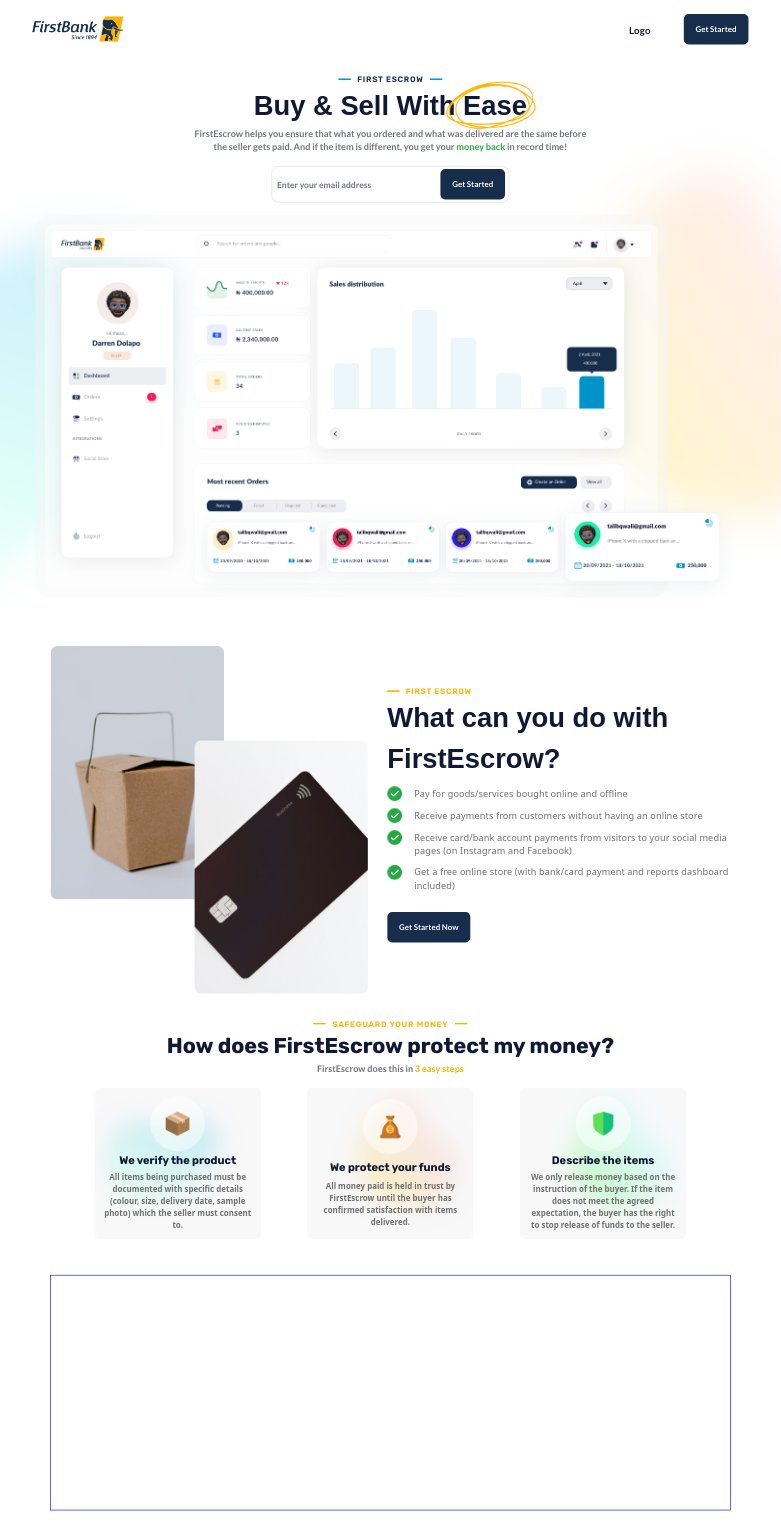
Repository: Pepperest-dev/First_Escrow_Home
Page: index.html
An editor plug-in stored every save of this project. The page is shown before and after the next save, followed by the edit.
The browser window is 1280 px wide. The pictures show the whole page, at 61% of full size.

Above is the page before, as saved 2021-09-26 15:47:28.

### index.html
<!DOCTYPE html>
<html lang="en">
  <head>
    <meta charset="UTF-8" />
    <meta http-equiv="X-UA-Compatible" content="IE=edge" />
    <meta name="viewport" content="width=device-width, initial-scale=1.0" />
    <link rel="stylesheet" href="styles/styles.css" />
    <link rel="stylesheet" href="styles/mobileScreenStyles.css" />
    <link
      href="https://unpkg.com/tailwindcss@^2/dist/tailwind.min.css"
      rel="stylesheet"
    />
    <link
      rel="stylesheet"
      href="https://cdnjs.cloudflare.com/ajax/libs/font-awesome/4.7.0/css/font-awesome.min.css"
    />
    <link rel="preconnect" href="https://fonts.googleapis.com" />
    <link rel="preconnect" href="https://fonts.gstatic.com" crossorigin />
    <link
      href="https://fonts.googleapis.com/css2?family=Lato:wght@100;300;400;700;800&family=Rubik:wght@400;500;600;700&display=swap"
      rel="stylesheet"
    />
    <title>First Escrow</title>
  </head>
  <body>
    <!-- Create a container wrapper to  -->
    <!-- create a container to keep everything contained in a certain width  ##done -->
    <!-- create the Navbar ##Done -->
    <!-- Do the font setup from google fonts  ##Done-->
    <!-- make the navbar responsive  Not done-->
    <!-- create the hero section ##almost -->
    <!-- work on the what can we do or you ssection -->
    <!-- Work on how does first escrow  works-->
    <!-- work on refund is guranteed  section  -->
    <!-- how it works in simple steps section -->
    <!-- work on the footer section -->
    <header class="banner mb-10 overflow-x-hidden overscroll-none">
      <nav
        class="
          h-24
          flex
          justify-between
          items-center
          md:w-11/12 md:p-0
          px-7
          mx-auto
          mb-6
        "
      >
        <a href="/">
          <img
            src="/assets/imgs/firstBank_logo.png"
            alt="First Bank Logo"
            class="BrandLogo cursor-pointer"
          />
        </a>

        <ul class="md:flex hidden w-2/12 h-full justify-between items-center">
          <li class="loginLink"><a href="#">Logo</a></li>
          <li>
            <button class="getStartedBtn hover:drop-shadow-xl">
              Get Started
            </button>
          </li>
        </ul>

        <div id="hambugger" class="hambugger cursor-pointer md:hidden">
          <i id="menuToggler" class="fa fa-2x fa-bars"></i>
        </div>
      </nav>

      <main class="md:w-11/12 mb-3 md:p-0 px-7 mx-auto">
        <article>
          <p
            class="
              text-center
              mx-auto
              flex
              justify-around
              items-center
              firstEscrow
            "
          >
            First Escrow
          </p>
          <h1 class="mainTitle text-center mx-auto">
            Buy & Sell With <span class="">Ease</span>
            <img
              src="/assets/icons/bigEaseElipses.png"
              alt="elipses"
              class="elipses"
            />
          </h1>
          <p class="contentDescription mx-auto">
            FirstEscrow helps you ensure that what you ordered and what was
            delivered are the same before the seller gets paid. And if the item
            is different, you get your
            <span class="greenMoneyText">money back</span> in record time!
          </p>
          <form
            class="
              my-5
              mx-auto
              flex
              justify-between
              items-center
              cursor-pointer
              bannerInputField
            "
          >
            <input
              type="text"
              class="h-full"
              placeholder="Enter your email address"
            />
            <button
              type="submit"
              class="getStartedBtn z-10 hover:drop-shadow-xl"
            >
              Get Started
            </button>
          </form>
        </article>
        <img
          src="/assets/imgs/dashboardMockup.png"
          class="dashboardImg cursor-pointer mx-auto"
          alt="dashboard mockup"
        />
      </main>
    </header>
    <div class="wrapper">
      <section
        class="
          mt-10
          w-11/12
          mx-auto
          overflow-x-hidden
          gap-x-8
          items-center
          flex
          justify-between
          flex-wrap-reverse
          md:flex-nowrap
        "
      >
        <div class="">
          <img
            class="object-contain"
            src="/assets/imgs/bagAndCard.png"
            alt="bag and card"
          />
        </div>
        <div class="">
          <p
            class="text-left flex justify-start items-center yellowFirstEscrow"
          >
            First Escrow
          </p>

          <h1 class="mainTitle">What can you do with FirstEscrow?</h1>

          <ul id="FirstEscrowCanDo"></ul>
          <button class="getStartedBtn hover:drop-shadow-xl my-5">
            Get Started Now
          </button>
        </div>
      </section>
    </div>
    <div class="wrapper">
      <section class="mt-10 mb-5 w-11/12 mx-auto overflow-x-hidden">
        <p
          class="
            text-center
            mx-auto
            flex
            justify-around
            items-center
            secondYellowFirstEscrow
          "
        >
          Safeguard Your Money
        </p>

        <h3 class="text-center protectTitle">
          How does FirstEscrow protect my money?
        </h3>
        <p class="contentDescription mx-auto">
          FirstEscrow does this in
          <span class="yellowText">3 easy steps</span>
        </p>

        <div
          id="threeBoxes"
          class="flex justify-evenly flex-wrap items-center my-5"
        ></div>
      </section>
    </div>

    <div class="wrapper">
      <section
        class="mt-10 h-96 refundSection outline mb-5 w-11/12 mx-auto overflow-x-hidden"
      ></section>
    </div>
    <script src="js/app.js"></script>
  </body>
</html>

### Styles/styles.css
* {
  margin: 0;
  padding: 0;
  border: 0;
  font-size: 16px;
  text-decoration: none;
  font: inherit;
  box-sizing: border-box;
}

/* Colors varable declaration */
:root {
  --whiteBgColor: #ffffff;
  --BtnBgColor: #162d4c;
  --lightBlueColor: #0093c9;
  --yellowPrimaryColor: #ffb300;
  --boxesTextColor: #707070;
  --darkBlueTextColor: #101933;
  --bannerTextColor: #707585;
  --lightGreenColor: #28a745;
  --inputFieldBorderColor: #d8dade;
  --footerBackgroundColor: #f6f6f7;
  --footerTextColor: #040c22;
  --latoFontFamily: "Lato", sans-serif;
  --rubikFontFamily: "Rubik", sans-serif;
  --arialFontFamily: "Arial", sans-serif;
}
.wrapper {
  margin-right: auto;
  margin-left: auto;
  max-width: 1440px;
  padding-right: 2rem;
  padding-left: 2rem;
  width: 100%;
  background-color: var(--whiteBgColor);
}

.banner {
  background-image: url(../assets/imgs/overlayBackground.png);
  background-position: center;
  background-repeat: no-repeat;
  background-size: cover;
  object-fit: cover;
}
.dashboardImg {
  width: 100%;
  height: auto;
  overflow-x: hidden;
}

.contentContainer {
}

.BrandLogo {
  width: 150px;
  object-fit: contain;
  height: 45px;
}

.outline {
  outline: 1px solid blue;
}

.loginLink {
  font: normal normal 600 16px/19px Lato;
  letter-spacing: 0.32px;
  font-family: var(--latoFontFamily);
  font-style: normal;
  font-weight: 600;
  color: var(--darkBlueTextColor);
}

.loginLink:hover {
  opacity: 0.8;
  transition: all ease-in-out 350ms;
}

.getStartedBtn {
  border-radius: 8px;
  background-color: var(--BtnBgColor);
  min-width: 100px;
  padding: 0 1.2rem;
  height: 50px;
  color: var(--whiteBgColor);
  font-family: var(--latoFontFamily);
  text-align: center;
  font-size: 13px;
  font-weight: 800;
}

.getStartedBtn:hover {
  opacity: 0.8;
  transition: all ease-in-out 350ms;
}

.yellowFirstEscrow {
  letter-spacing: 1.2px;
  color: var(--yellowPrimaryColor);
  text-transform: uppercase;
  font-family: var(--rubikFontFamily);
  font-size: 13px;
  font-weight: 600;
  width: 150px;
}

.yellowFirstEscrow::before {
  content: "";
  display: flex;
  width: 20px;
  border: 1px solid var(--yellowPrimaryColor);
  background-color: var(--yellowPrimaryColor);
  margin-right: 10px;
}

.secondYellowFirstEscrow {
  letter-spacing: 1.2px;
  color: var(--yellowPrimaryColor);
  text-transform: uppercase;
  font-family: var(--rubikFontFamily);
  font-size: 13px;
  font-weight: 600;
  width: 263px;
}

.secondYellowFirstEscrow::before {
  content: "";
  display: flex;
  width: 20px;
  border: 1px solid var(--yellowPrimaryColor);
  background-color: var(--yellowPrimaryColor);
}
.secondYellowFirstEscrow::after {
  content: "";
  display: flex;
  width: 20px;
  border: 1px solid var(--yellowPrimaryColor);
  background-color: var(--yellowPrimaryColor);
}

.firstEscrow {
  letter-spacing: 1.2px;
  color: var(--BtnBgColor);
  text-transform: uppercase;
  font-family: var(--rubikFontFamily);
  font-size: 13px;
  font-weight: 600;
  width: 180px;
}

.firstEscrow::before {
  content: "";
  display: flex;
  width: 20px;
  border: 1px solid var(--lightBlueColor);
  background-color: var(--lightBlueColor);
}
.firstEscrow::after {
  content: "";
  display: flex;
  width: 20px;
  background-color: var(--lightBlueColor);
  border: 1px solid var(--lightBlueColor);
}
.mainTitle {
  color: var(--darkBlueTextColor);
  font-family: var(--arialFontFamily);
  font-weight: 700;
  font-size: 2.8rem;
  max-width: 600px;
  position: relative;
}

.elipses {
  position: absolute;
  width: 150px;
  top: -11px;
  right: 10%;
}

.contentDescription {
  color: var(--bannerTextColor);
  font-family: var(--latoFontFamily);
  font-weight: 600;
  font-size: 15px;
  text-align: center;
  max-width: 650px;
}

.greenMoneyText {
  color: var(--lightGreenColor);
}

.bannerInputField {
  width: 390px;
  height: 60px;
  border: 1px solid var(--inputFieldBorderColor);
  border-radius: 12px;
  background: var(--whiteBgColor);
  padding: 8px 6px 8px 8px;
}

.bannerInputField input[type="text"] {
  border: none;
  font-family: var(--latoFontFamily);
  font-size: 16px;
  color: var(--bannerTextColor);
  flex: 0.9;
  font-weight: 600;
  outline: none;
}

.bannerInputField input[type="text"]::placeholder {
  font-family: var(--latoFontFamily);
  font-size: 14px;
  font-weight: 600;
  color: var(--bannerTextColor);
}

#FirstEscrowCanDo li {
  color: var(--boxesTextColor);
  letter-spacing: 0.18px;
  text-align: left;
  font-weight: normal;
  font-size: 15px;
}

.protectTitle {
  color: var(--darkBlueTextColor);
  letter-spacing: 0;
  font-family: var(--rubikFontFamily);
  font-weight: bold;
  font-size: 2.2rem;
}
.yellowText {
  color: var(--yellowPrimaryColor);
}
.box {
  width: 280px;
  height: 248px;
  border-radius: 12px;
  background-repeat: no-repeat;
  background-position: center;
  background-size: contain;
  display: flex;
  flex-direction: column;
  align-items: center;
  justify-content: space-evenly;
  padding: 10px;
}

.boxImage {
  width: 90px;
  background-color: transparent;
}

.boxTitle {
  color: var(--darkBlueTextColor);
  letter-spacing: 0;
  font-family: var(--rubikFontFamily);
  text-align: center;
  font-size: 18px;
  font-weight: 700;
}

.boxTextContent {
  text-align: center;
  color: var(--boxesTextColor);
  font-size: 13px;
  font-weight: 600;
  width: 95%;
}

.refundSection{
    background-color: var(--);
}

### Styles/mobileScreenStyles.css
@media screen and (max-width: 600px) {
  .banner {
    background-size: contain;
  }
  .dashboardImg {
    width: 500px;
    height: auto;
  }

  .BrandLogo {
    width: 100px;
  }

  .toggle {
    transition: opacity ease-in-out;
  }

  .elipses {
    position: absolute;
    width: 150px;
    top: 40%;
    right: 9%;
  }
}

### Js/app.js
const escrow = {
  firstEscrowList: [
    {
      icon: "/assets/icons/greenChecked.png",
      text: "Pay for goods/services bought online and offline",
    },
    {
      icon: "/assets/icons/greenChecked.png",
      text: "Receive payments from customers without having an online store",
    },
    {
      icon: "/assets/icons/greenChecked.png",
      text: "Receive card/bank account payments from visitors to your social media pages (on Instagram and Facebook)",
    },
    {
      icon: "/assets/icons/greenChecked.png",
      text: "Get a free online store (with bank/card payment and reports dashboard included)",
    },
  ],
  threeBoxContent: [
    {
      imgUrl: "/assets/imgs/parcelBox.png",
      bgImgUrl: "/assets/imgs/darkGreenCardBg.png",
      boxTitle: "We verify the product",
      boxTextContent:
        "All items being purchased must be documented with specific details (colour, size, delivery date, sample photo) which the seller must consent to.",
    },
    {
      imgUrl: "/assets/imgs/moneyBag.png",
      bgImgUrl: "/assets/imgs/yellowCardBg.png",
      boxTitle: "We protect your funds",
      boxTextContent:
        "All money paid is held in trust by FirstEscrow until the buyer has confirmed satisfaction with items delivered.",
    },
    {
      imgUrl: "/assets/imgs/greenShield.png",
      bgImgUrl: "/assets/imgs/lightGreenCardBg.png",
      boxTitle: "Describe the items",
      boxTextContent:
        "We only release money based on the instruction of the buyer. If the item does not meet the agreed expectation, the buyer has the right to stop release of funds to the seller.",
    },
  ],
};
Object.freeze(escrow);
document.addEventListener(
  "DomContentLoaded",
  (function () {
    console.log(escrow, "escrow, content");
    const { firstEscrowList, threeBoxContent } = escrow;
    const hambugger = document.querySelector("#hambugger");
    const menu = document.querySelector("#menuToggler");
    const escrowCanDo = document.querySelector("#FirstEscrowCanDo");
    const threeBoxes = document.querySelector("#threeBoxes");

    let returnedList = firstEscrowList
      .map(
        (list) =>
          `<li class="flex items-start my-3 justify-start"><img  src=${list.icon} alt="checked icon" class="mr-5 h-6 w-6" /> ${list.text}</li>`
      )
      .join(" ");

    escrowCanDo.innerHTML = returnedList;

    let boxesHtml = threeBoxContent
      .map(
        ({ imgUrl, bgImgUrl, boxTextContent, boxTitle }) => `<div
            style="background-image: url(${bgImgUrl})"
            class="box my-5 md:my-0 hover:shadow-xl duration-150 transition-shadow transition-shadow"
          >
            <div class="boxImage">
              <img src=${imgUrl} alt="Box Image" srcset="" />
            </div>
            <p class="boxTitle">${boxTitle}</p>
            <p class="boxTextContent">
             ${boxTextContent}
            </p>
          </div>`
      )
      .join("");

    threeBoxes.innerHTML = boxesHtml;

    hambugger.addEventListener("click", () => {
      if (menu.classList.contains("fa-bars")) {
        menu.classList.remove("fa-bars");
        menu.classList.add("fa-times");
      } else if (menu.classList.contains("fa-times")) {
        menu.classList.remove("fa-times");
        menu.classList.add("fa-bars");
      }
      hambugger.classList.toggle("toggle");
    });
  })()
);

After the next save:
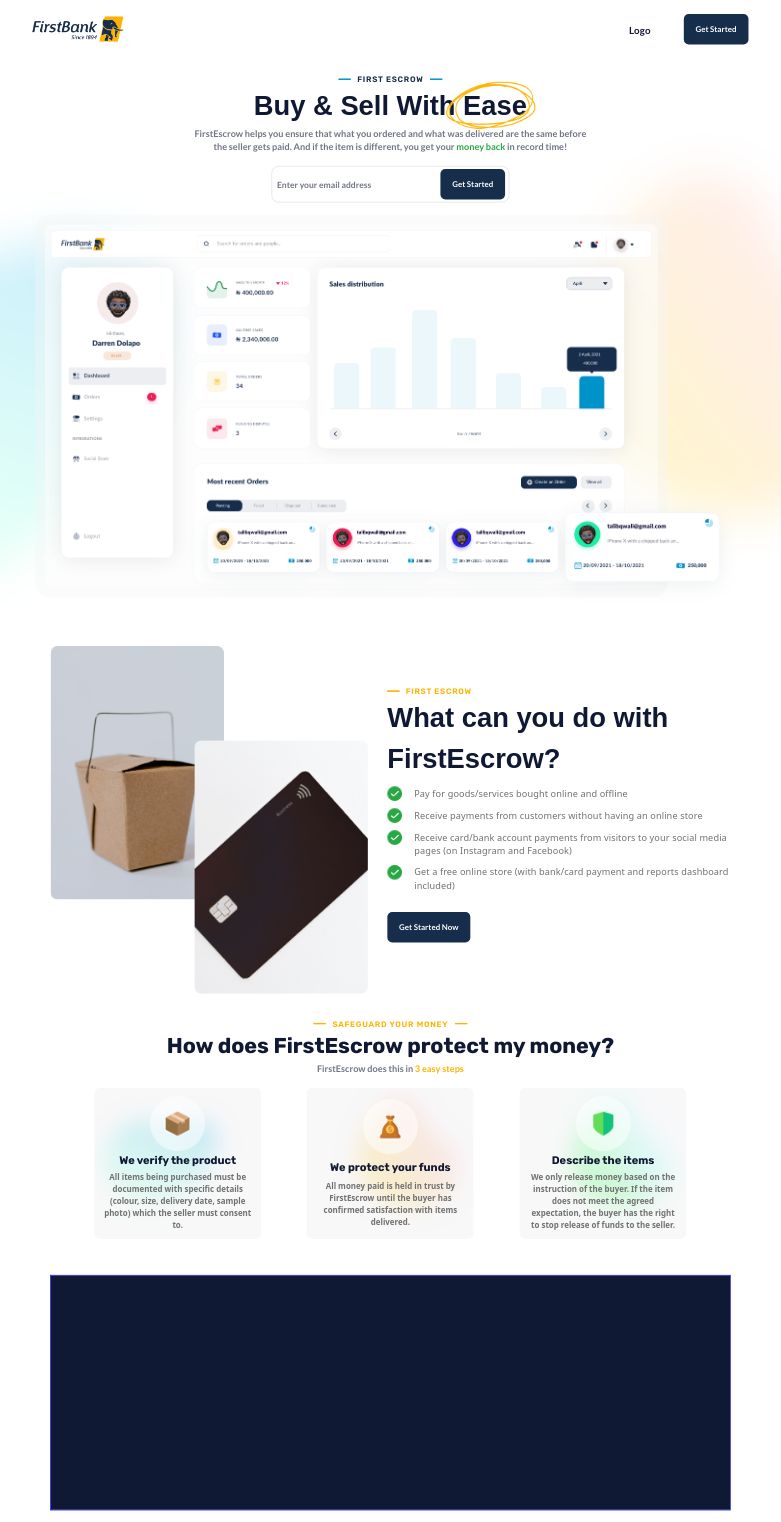
Saved 32 s later.
--- a/Styles/styles.css
+++ b/Styles/styles.css
@@ -270,6 +270,6 @@
   width: 95%;
 }
 
-.refundSection{
-    background-color: var(--);
-}
+.refundSection {
+  background-color: var(--darkBlueTextColor);
+}
